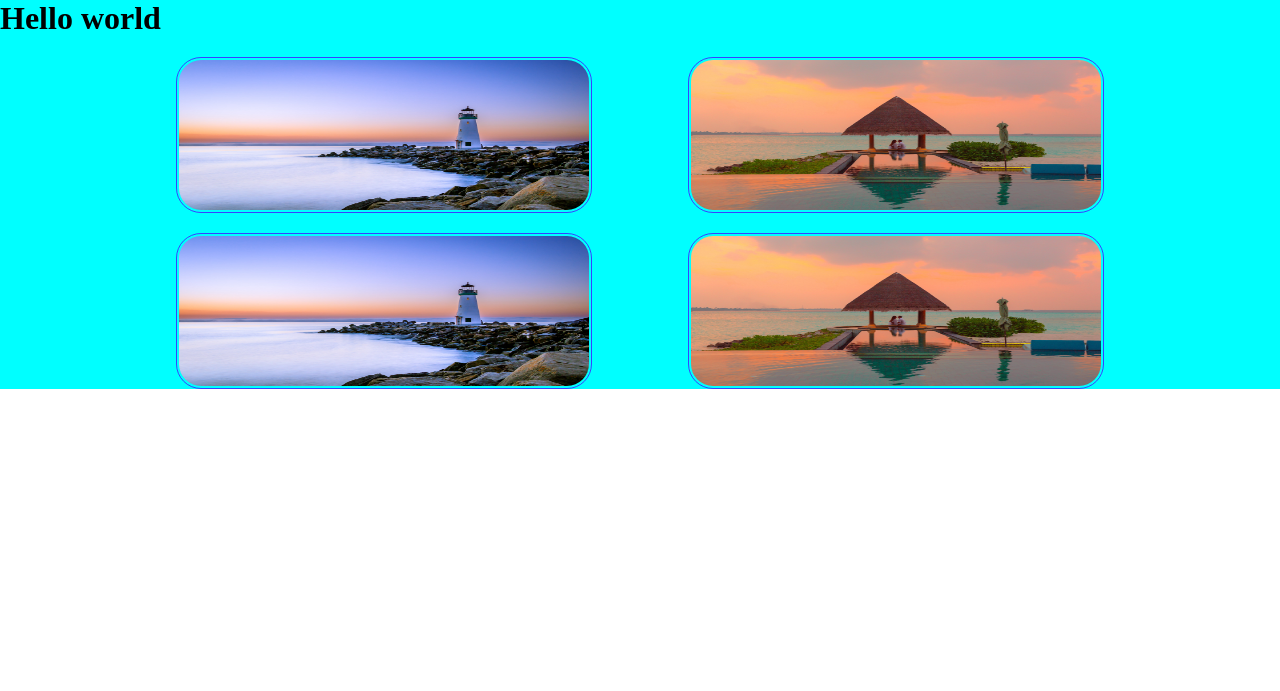
Repository: RPSKumara/DPEdudationPyhton
Page: ImageStyle/index.html
An editor plug-in stored every save of this project. The page is shown before and after the next save, followed by the edit.
The browser window is 1280 px wide. The pictures show the whole page.

Above is the page before, as saved 2022-04-20 11:05:17.

After the next save:
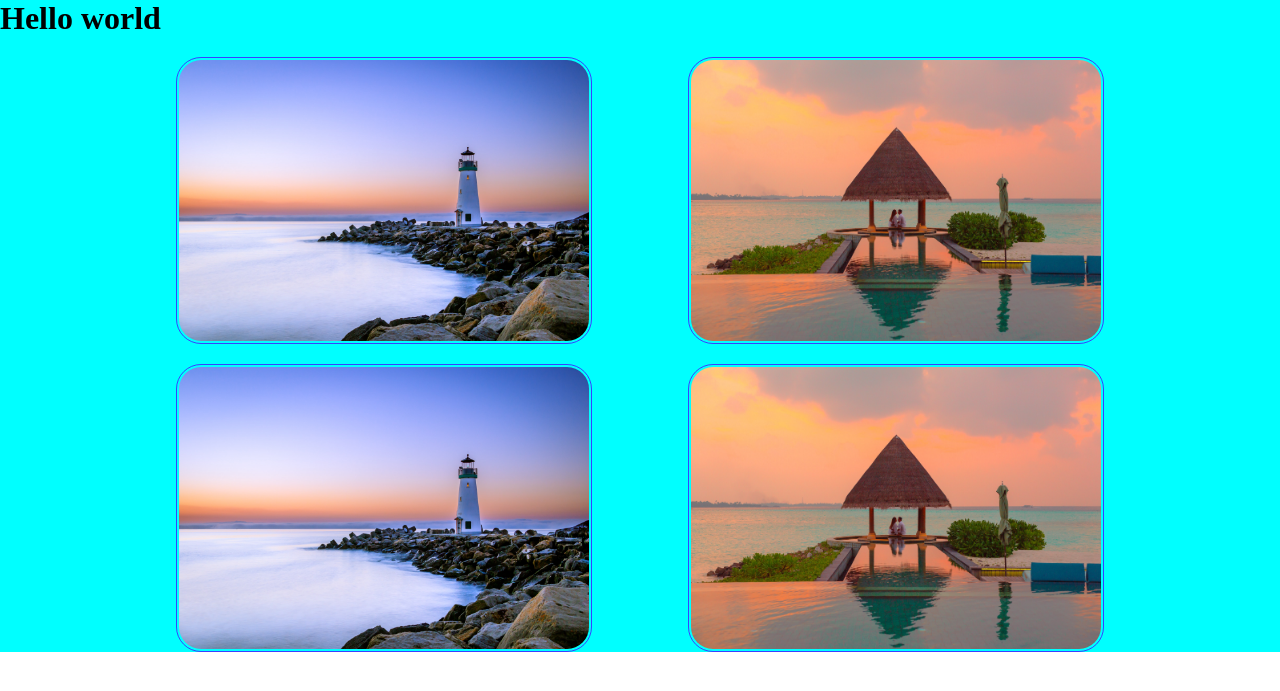
Saved 2 min 24 s later.
--- a/ImageStyle/style.css
+++ b/ImageStyle/style.css
@@ -18,8 +18,7 @@
     width: 40%;
     border:1px rgba(76, 0, 255, 0.747) solid;
     padding: 2px;
-    max-height: 150px;
-    min-height: 150px;
+    height: auto;
     border-radius: 25px;
     -webkit-border-radius: 25px;
     -moz-border-radius: 25px;
